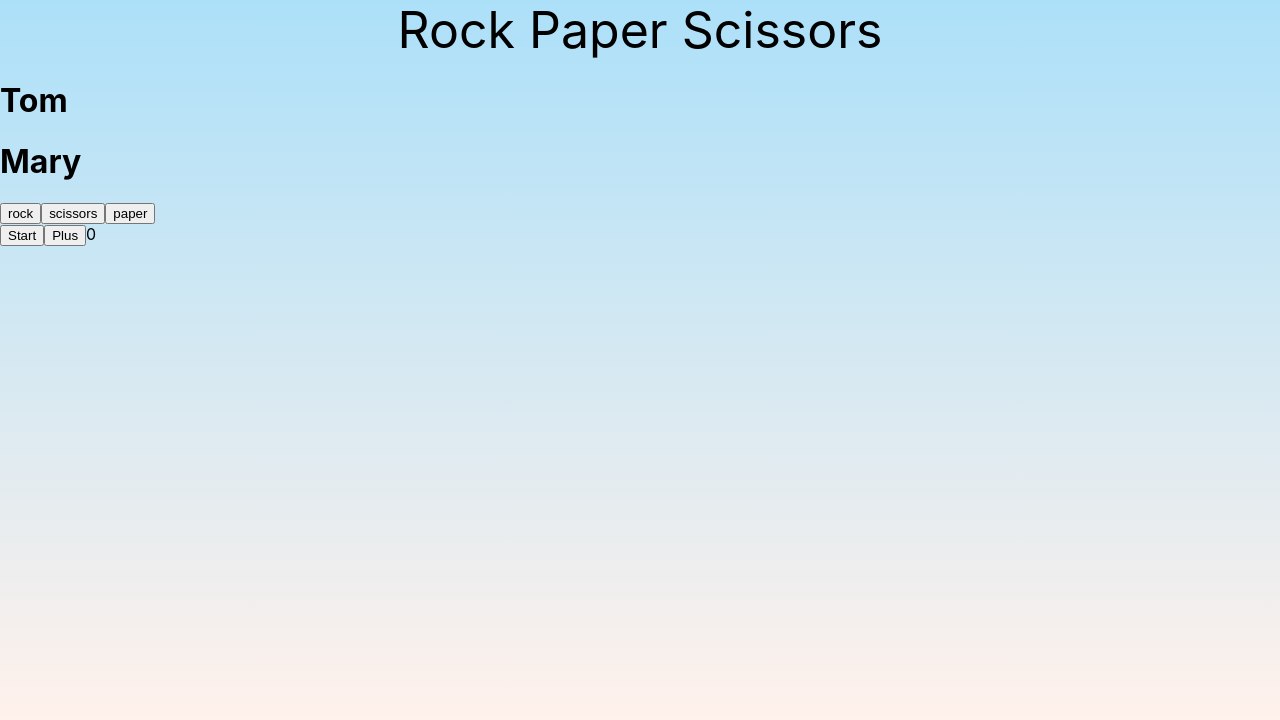
Repository: K009/Rock-Paper-Scissors
Page: /
The author's editor kept a copy of each file at every save. The page is drawn from the files as they stood at one save, then again after the next save.
The browser window is 1280 px wide. The pictures show the whole page.
The project was rebuilt for these pictures with package versions that can differ from the ones it lists, and the page was loaded fresh each time.

Above is the page before, as saved 2020-05-12 09:16:42.

### src/App.js
import React, { Component } from "react";
import "./App.css";
import Player from "./components/Player";

const weapon = ["rock", "paper", "scissors"];

class App extends Component {
  constructor() {
    super();
    this.state = {
      playerOne: weapon[0],
      playerTwo: weapon[0],
      winner: "",
    };
    this.state = { counter: 0 };
  }

  startGame = () => {
    let counter = 0;
    let gameInterval = setInterval(() => {
      //to make a delay
      counter++;
      console.log(counter);
      this.setState({
        playerTwo: weapon[Math.floor(Math.random() * weapon.length)],
        winner: "",
      });
      if (counter > 5) {
        clearInterval(gameInterval);
        this.setState({
          winner: this.selectWinner(),
        });
      }
    }, 100);
  };

  selectWinner = () => {
    const { playerOne, playerTwo } = this.state;
    console.log("Player One: " + playerOne + "Player Two: " + playerTwo);
    if (playerOne === playerTwo) {
      console.log("It's a tie");
      return "It's a tie";
    } else if (
      (playerOne === "rock" && playerTwo === "scissors") ||
      (playerOne === "paper" && playerTwo === "rock") ||
      (playerOne === "scissors" && playerTwo === "paper")
    ) {
      return "Player one wins!";
    } else {
      return "Player two wins!";
    }
  };

  selectWeapon = (weapon) => {
    //in argument it gets a value that is going to be set for playerOne
    this.setState({
      playerOne: weapon, //here it gets changed
      winner: "", //winner without any changes - still ""
    });
  };

  increment() {
    this.setState({
      counter: this.state.counter + 1,
    });
  }

  render() {
    const { playerOne, playerTwo, winner } = this.state;
    return (
      <div className="App">
        <div className="Title">Rock Paper Scissors</div>
        <div className="Players">
          <Player playerName="Tom" weapon={playerOne} />
          <Player playerName="Mary" weapon={playerTwo} />
        </div>
        <div>
          <button className="weapon" onClick={() => this.selectWeapon("rock")}>
            rock
          </button>
          <button
            className="weapon"
            onClick={() => this.selectWeapon("scissors")}
          >
            scissors
          </button>
          <button className="weapon" onClick={() => this.selectWeapon("paper")}>
            paper
          </button>
        </div>
        <div className="winner">{winner ? this.selectWinner() : null}</div>
        <button className="start" onClick={this.startGame}>
          Start
        </button>
        <button onClick={this.increment.bind(this)}>Plus</button>
        <output>{this.state.counter}</output>
      </div>
    );
  }
}

export default App;

### src/App.css
.App {
  min-height: 100vh;
  background-image: linear-gradient(to top, #fff1eb 0%, #ace0f9 100%);
}

.Title {
  font-size: 50px;
  text-align: center;
  justify-content: space-around;
}

### src/components/Player.js
import React from "react";
//import style from "./player.module.css";

const Player = ({ playerName }) => {
  return (
    <div>
      <h1>{playerName}</h1>
    </div>
  );
};

export default Player;

Loaded but not shown: public/index.html (common file); src/index.js (common file); src/index.css (common file); src/serviceWorker.js (common file)

After the next save:
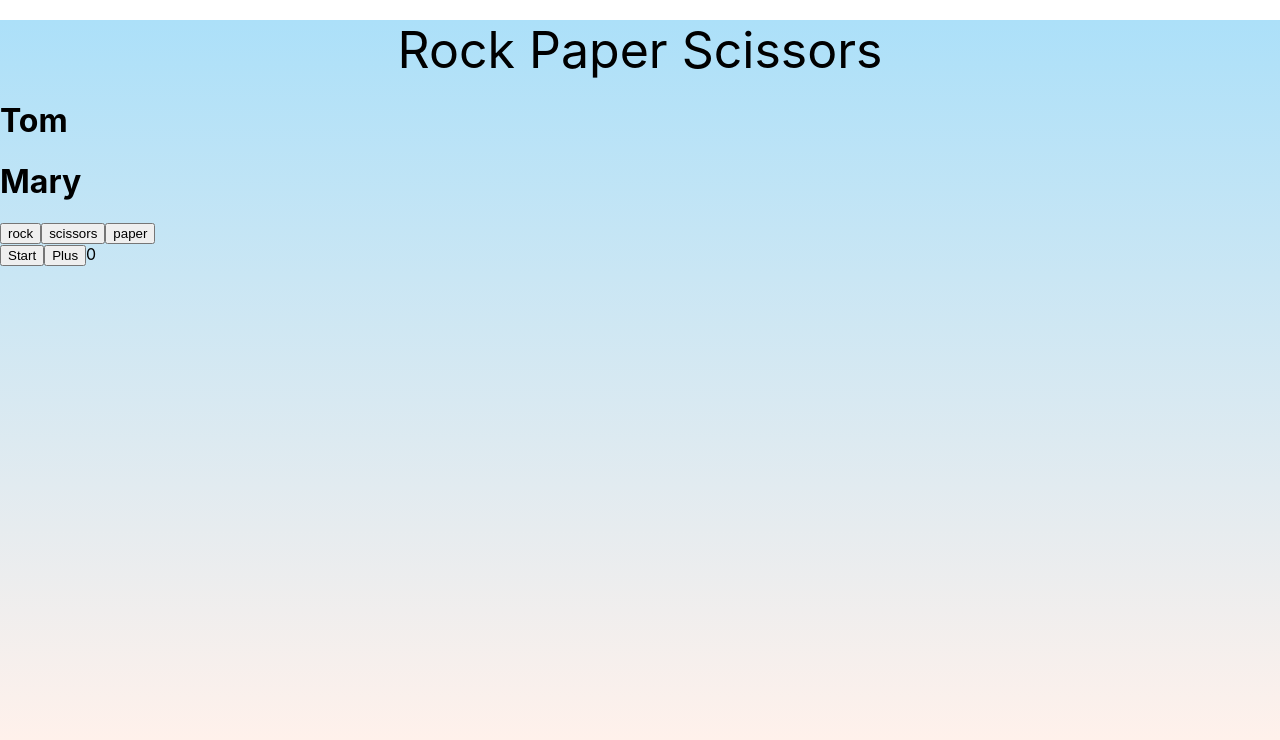
Saved 30 s later.
--- a/src/App.css
+++ b/src/App.css
@@ -7,4 +7,5 @@
   font-size: 50px;
   text-align: center;
   justify-content: space-around;
+  margin: 20px;
 }

After the 3 saves that followed:
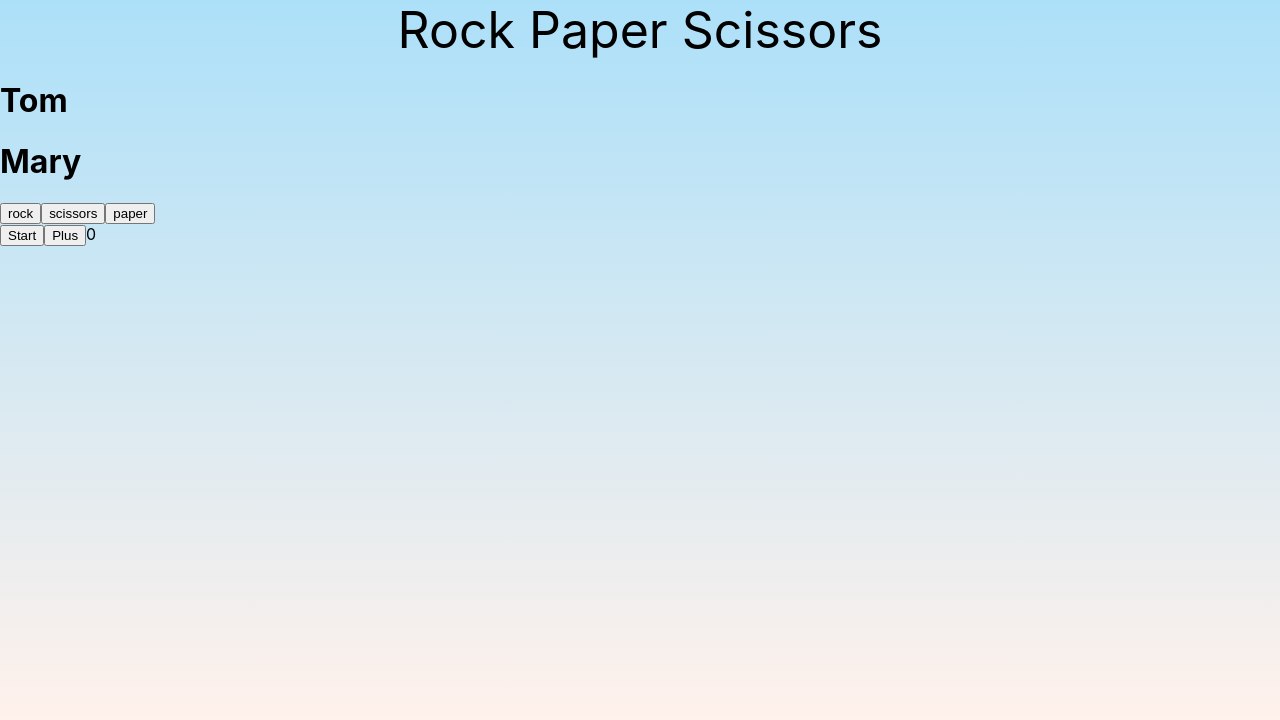
The 3 saves are shown as one change because 2 left the picture as it was.
The last was saved 71 s later.
--- a/src/App.css
+++ b/src/App.css
@@ -7,5 +7,7 @@
   font-size: 50px;
   text-align: center;
   justify-content: space-around;
-  margin: 20px;
+
+  display: flex;
+  flex-wrap: wrap;
 }
